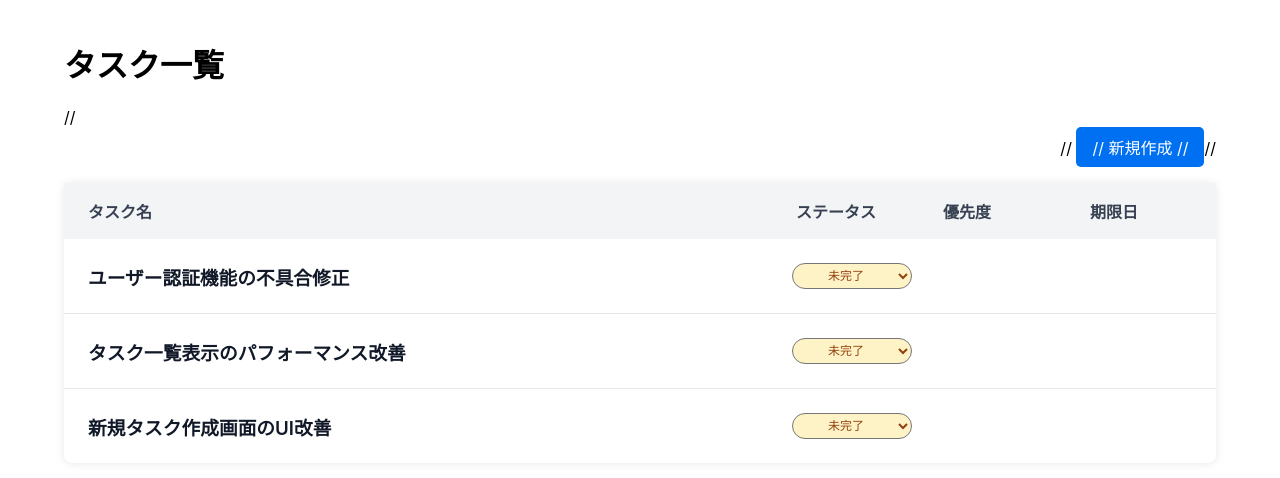
Repository: s1ros75/react-task-app
Page: /tasks
An editor plug-in stored every save of this project. The page is shown before and after the next save, followed by the edit.
The browser window is 1280 px wide. The pictures show the whole page.
The project was rebuilt for these pictures with package versions that can differ from the ones it lists, and the page was loaded fresh each time. Also part of the build but not shown: vite.config.ts, src/styles/home.module.css, src/pages/home/index.tsx, src/features/tasks/hooks/getTaskById.ts, src/features/tasks/styles/taskDetail.module.css, src/features/tasks/components/TaskDetail.tsx, src/features/tasks/hooks/deleteTask.ts, src/features/tasks/components/TaskDeleteButton.tsx and 9 more.

Above is the page before, as saved 2026-01-17 23:25:45.

### src/main.tsx
import { StrictMode } from "react";
import { createRoot } from "react-dom/client";
import "./index.css";
import App from "./App.tsx";
import { BrowserRouter } from "react-router-dom";

const rootElement = document.getElementById("root");

createRoot(rootElement!).render(
  <StrictMode>
    <BrowserRouter>
      <App />
    </BrowserRouter>
  </StrictMode>
);

### src/index.css
:root {
  font-family: Inter, system-ui, Avenir, Helvetica, Arial, sans-serif;
}

body {
  margin: 0;
  padding: 0;
  font-family: var(--font-family);
}

### src/App.tsx
import { Route, Routes } from "react-router-dom";
import HomePage from "./pages/home";
import TaskListPage from "./pages/tasks/taskListPage";
import TaskDetailPage from "./pages/tasks/taskDetailPage";
import TaskCreatePage from "./pages/tasks/taskCreatePage";
import TaskEditPage from "./pages/tasks/taskEditPage";

function App() {
  return (
    <Routes>
      <Route path="/" element={<HomePage />} />
      <Route path="/tasks" element={<TaskListPage />} />
      <Route path="/tasks/:id" element={<TaskDetailPage />} /> {/* タスクの詳細ページのルーティングを追加 */}
      <Route path="/tasks/new" element={<TaskCreatePage />} /> {/* タスク作成ページへのルーティングを追加 */}
      <Route path="/tasks/:id/edit" element={<TaskEditPage />} />  {/* タスク編集ページのルーティング */}
    </Routes>
  );
}

export default App;

### src/pages/tasks/taskListPage.tsx
import TaskListContainer from "../../features/tasks/containers/TaskListContainer";

export default function TaskListPage() {
  return (
    <div>
      <TaskListContainer /> {/* タスク一覧コンポーネントを読み込む */}
    </div>
  );
}

### src/features/tasks/containers/TaskListContainer.tsx
import { useEffect, useState } from "react";
import { getTasks } from "../hooks/getTasks";
import type { Task } from "../../../types/task";
import TaskCard from "../components/TaskCard";
import styles from "../styles/TaskListContainer.module.css";
import { Link } from "react-router-dom";
import { updateTask } from "../hooks/updateTask";

// export default function TaskListContainer() {
//   const [tasks, setTasks] = useState<Task[]>([]);

//   useEffect(() => {
//     const fetchTasks = async () => {
//       const fetchedTasks = await getTasks();
//       setTasks(fetchedTasks);
//     };
//     fetchTasks();
//   }, []);

//   // セレクトボックスで変更されたステータスを更新する処理
//   const handleToggleStatus = async (taskId: Task["id"], newStatus: boolean) => {
//     await updateTask(String(taskId), { status: newStatus });
//     fetchTasks();
//   };

//   return (
//     <div className={styles.container}>
//       <h1>タスク一覧</h1>
//       <div className={styles.taskListHeader}>
//         <Link to="/tasks/new" className={styles.newTaskLink}>
//           新規作成
//         </Link>
//       </div>

//       <div className={styles.tableContainer}>
//         <div className={styles.header}>
//           <div>タスク名</div>
//           <div>ステータス</div>
//           <div>優先度</div>
//           <div>期限日</div>
//         </div>
//         <div className={styles.taskList}>
//           {tasks.map((task) => (
//             <TaskCard key={task.id} task={task} />
//           ))}
//         </div>
//       </div>
//     </div>
//   );
// }

export default function TaskListContainer() {
  const [tasks, setTasks] = useState<Task[]>([]);

  // データを取得する関数を独立させる（更新後にも呼べるようにするため）
  const fetchTasks = async () => {
    const fetchedTasks = await getTasks();
    setTasks(fetchedTasks);
  };

  useEffect(() => {
    fetchTasks();
  }, []);

  const handleToggleStatus = async (taskId: Task["id"], newStatus: boolean) => {
    await updateTask(String(taskId), { status: newStatus });
    await fetchTasks(); // ここで関数として正しく呼び出す
  };

  return (
    <div className={styles.container}>
      <h1>タスク一覧</h1>
      //{" "}
      <div className={styles.taskListHeader}>
        //{" "}
        <Link to="/tasks/new" className={styles.newTaskLink}>
          // 新規作成 //{" "}
        </Link>
        //{" "}
      </div>
      <div className={styles.tableContainer}>
        <div className={styles.header}>
          <div>タスク名</div>
          <div>ステータス</div>
          <div>優先度</div> {/* ← この列に対応するデータが */}
          <div>期限日</div> {/* ← TaskCard 内にあるか確認が必要 */}
        </div>
        <div className={styles.taskList}>
          {tasks.map((task) => (
            <TaskCard
              key={task.id}
              task={task}
              onToggleStatus={handleToggleStatus} // 更新用関数を渡す必要がある場合
            />
          ))}
        </div>
      </div>
    </div>
  );
}

### src/features/tasks/hooks/getTasks.ts
import type { Task } from "../../../types/task";
import { mockTasks } from "../mocks/task";

export const getTasks = (): Promise<Task[]> => {
  return new Promise((resolve) => {
    setTimeout(() => resolve([...mockTasks]));
  });
};

### src/features/tasks/components/TaskCard.tsx
import { Link } from "react-router-dom";
import styles from "../styles/taskCard.module.css";
import { getPriorityClass } from "../utils/priority"; // getPriorityClass関数をimport
import { getStatusLabel } from "../utils/status-label"; // getStatusLabel関数をimport
import type { Task } from "../../../types/task";


type Props = {
  task: Task;
  onToggleStatus: (taskId: Task['id'], newStatus: boolean) => void;
};

export default function TaskCard({ task, onToggleStatus }: Props) {  // onToggleStatusをpropsで受け取る

  // ステータス変更時のハンドラー
  const handleStatusChange = (e: React.ChangeEvent<HTMLSelectElement>) => {
    const newStatus = e.target.value === "true";
    if (onToggleStatus) {
      onToggleStatus(task.id, newStatus);
    }
  };

  return (
    <div className={styles.taskCard}>
      <Link to={`/tasks/${task.id}`} className={styles.detailLink}>
        <h3 className={styles.taskTitle}>{task.title}</h3>
      </Link>
      {/* ステータスをセレクトボックスに変更 */}
      <select
        value={task.status ? "true" : "false"}
        onChange={handleStatusChange}
        className={`${styles.badge} ${task.status ? styles.completed : styles.incomplete}`}
      >
        <option value="false">{getStatusLabel(false)}</option>  {/* 未完了の場合のラベル */}
        <option value="true">{getStatusLabel(true)}</option>    {/* 完了の場合のラベル */}
      </select>
    </div>
  );
}

### src/features/tasks/styles/TaskListContainer.module.css
.container {
  width: 90%;
  max-width: 1400px;
  margin: 40px auto;
}

.tableContainer {
  margin: 0 auto;
  background-color: white;
  border-radius: 0.5rem;
  box-shadow: 0 0 10px rgba(0, 0, 0, 0.1);
}

.header {
  display: grid;
  grid-template-columns: 1fr 115px 115px 110px;
  column-gap: 2rem;
  align-items: center;
  padding: 1rem 1rem 1rem 1.5rem;
  background-color: #f3f4f6;
  font-weight: 600;
  color: #374151;
}

.taskList {
  display: flex;
  flex-direction: column;
}

.taskList > *:not(:last-child) {
  border-bottom: 1px solid #e5e7eb;
}

.taskListHeader {
  text-align: right;
  margin-bottom: 1rem;
}

.newTaskLink {
  display: inline-block;
  background-color: #0070f3;
  color: white;
  padding: 0.5rem 1rem;
  border-radius: 5px;
  text-decoration: none;
  font-size: 1rem;
  transition: background-color 0.3s ease;
}

.newTaskLink:hover {
  background-color: #0051bb;
}

### src/features/tasks/hooks/updateTask.ts
import type { Task, TaskFormData } from "../../../types/task";
import { mockTasks } from "../mocks/task";

export const updateTask = (id: string, taskData: TaskFormData): Promise<Task | null> => {
  return new Promise((resolve) => {
    setTimeout(() => {
      const index = mockTasks.findIndex((task) => task.id === Number.parseInt(id));
      if (index !== -1) {
        mockTasks[index] = {
          ...mockTasks[index],
          ...taskData,
          updatedAt: new Date().toISOString(),
        };
        resolve(mockTasks[index]);
      } else {
        resolve(null);
      }
    }, 500);
  });
};

### src/features/tasks/mocks/task.ts
import type { Task } from "../../../types/task";

export const mockTasks: Task[] = [
  {
    id: 1,
    title: "ユーザー認証機能の不具合修正",
    description: "ユーザーがログイン時に、不正なトークンエラーが発生する問題を修正します。",
    status: false,
    priority: "high",
    dueDate: "2025-03-31",
    createdAt: "2025-02-17T10:00:00Z",
    updatedAt: "2025-02-17T10:00:00Z",
  },
  {
    id: 2,
    title: "タスク一覧表示のパフォーマンス改善",
    description:
      "タスク一覧ページで、タスクが大量にある場合の表示遅延を改善します。不要な再レンダリングを防ぐため、コンポーネントの最適化を実施してください。",
    status: false,
    priority: "medium",
    dueDate: "2025-04-15",
    createdAt: "2025-02-17T10:00:00Z",
    updatedAt: "2025-02-17T10:00:00Z",
  },
  {
    id: 3,
    title: "新規タスク作成画面のUI改善",
    description:
      "新規タスク作成画面の入力フォームのユーザビリティ向上を図ります。エラーメッセージの明示化や、入力フィールドのデザインを改善してください。",
    status: false,
    priority: "low",
    dueDate: "2025-05-01",
    createdAt: "2025-02-17T10:00:00Z",
    updatedAt: "2025-02-17T10:00:00Z",
  },
];

### src/features/tasks/styles/taskCard.module.css
.taskCard {
  display: grid;
  grid-template-columns: 1fr 120px 120px 120px;
  column-gap: 2rem;
  align-items: center;
  transition: background-color 0.2s ease;
}

.taskCard:hover {
  background-color: #f9fafb;
}

.detailLink {
  height: 100%;
  display: flex;
  align-items: center;
  text-decoration: none;
  padding-left: 1.5rem;
  transition: color 0.2s ease;
}

.detailLink:hover .taskTitle {
  color:rgb(56, 92, 202);
}

.taskTitle {
  font-weight: 600;
  color: #111827;
  margin: 0;
}

.badge {
  display: inline-block;
  padding: 0.25rem 0.5rem;
  margin: 1.5rem 0;
  border-radius: 9999px;
  font-size: 0.75rem;
  font-weight: 500;
  text-align: center;
  cursor: pointer;
}

.completed {
  background-color: #d1fae5;
  color: #065f46;
}

.incomplete {
  background-color: #fef3c7;
  color: #92400e;
}

.highPriority {
  background-color: #fee2e2;
  color: #991b1b;
}

.mediumPriority {
  background-color: #fef3c7;
  color: #92400e;
}

.lowPriority {
  background-color: #d1fae5;
  color: #065f46;
}

.defaultPriority {
  background-color: #e5e7eb;
  color: #374151;
}

.dueDate {
  color: #6b7280;
}

### src/features/tasks/utils/status-label.ts
// ステータス（true/false）に応じて表示ラベルを返す
export const getStatusLabel = (status: boolean): string => {
  return status ? "完了" : "未完了";
};

Loaded but not shown: index.html (common file)

After the next save:
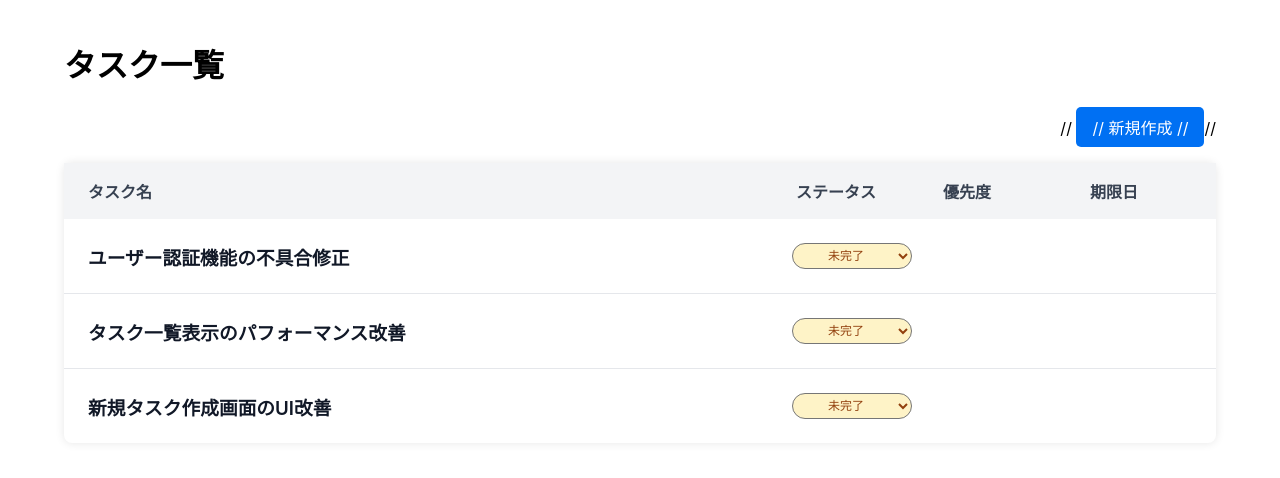
Saved 7 s later.
--- a/src/features/tasks/containers/TaskListContainer.tsx
+++ b/src/features/tasks/containers/TaskListContainer.tsx
@@ -70,7 +70,7 @@ export default function TaskListContainer() {
   return (
     <div className={styles.container}>
       <h1>タスク一覧</h1>
-      //{" "}
+      {" "}
       <div className={styles.taskListHeader}>
         //{" "}
         <Link to="/tasks/new" className={styles.newTaskLink}>
